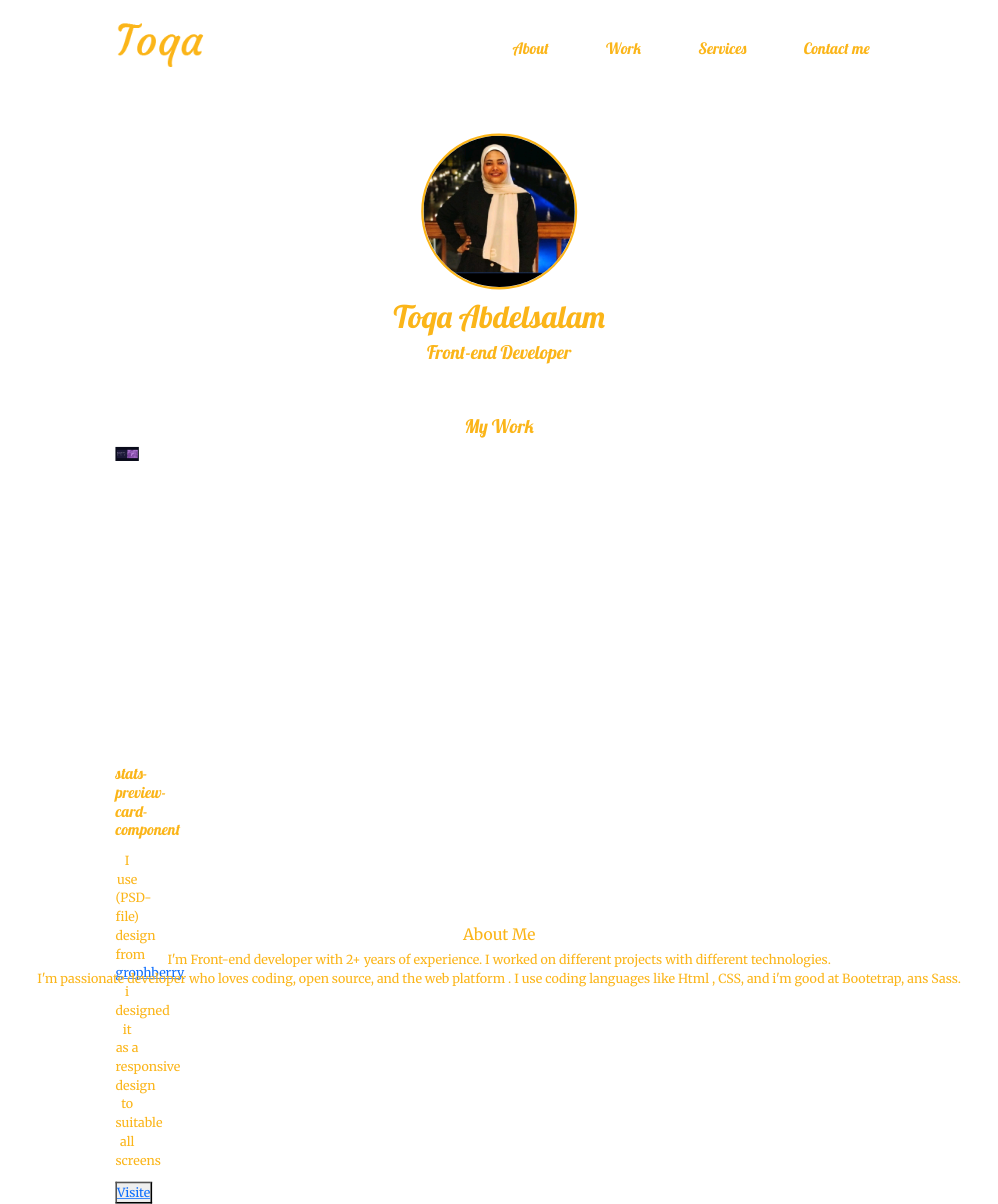
Repository: Toqa-25/portfolio
Page: index.html
An editor plug-in stored every save of this project. The page is shown before and after the next save, followed by the edit.
The browser window is 1280 px wide. The pictures show the whole page, at 78% of full size.
Some web fonts or font styles are not loaded; a fallback is used.

Above is the page before, as saved 2021-10-31 19:25:33.

After the next save:
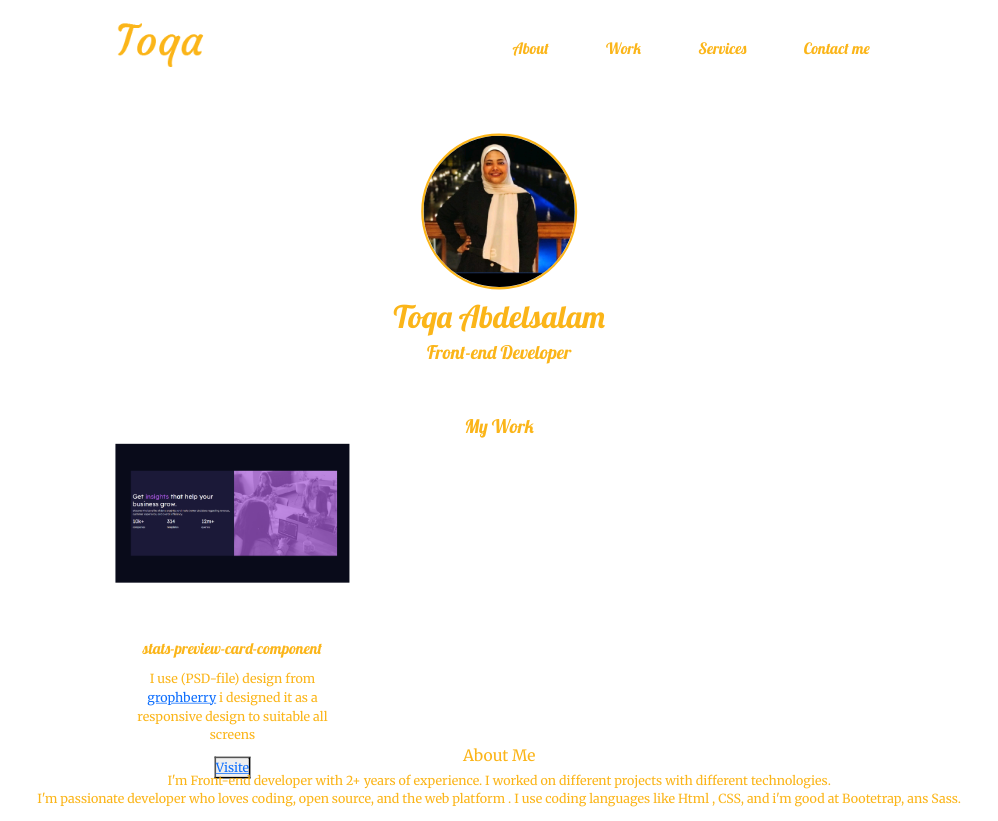
Saved 6 s later.
--- a/css/style.css
+++ b/css/style.css
@@ -147,7 +147,7 @@ body{
 }
  .work-content{
     display: grid;
-    grid-template-columns:repeat(1,30px);
+    grid-template-columns:repeat(1,300px);
     gap:10px;
  }
  .work .work-head{
